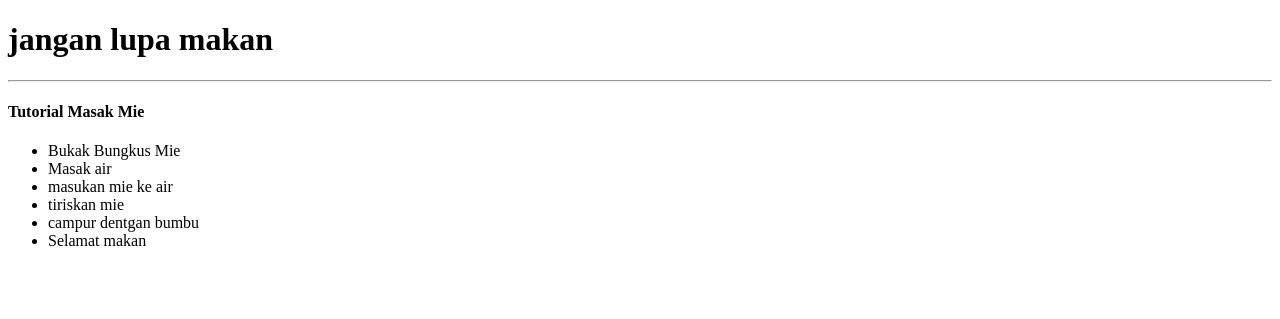
Repository: Nyxelll/ses4pt2pemweb
Page: index.html
An editor plug-in stored every save of this project. The page is shown before and after the next save, followed by the edit.
The browser window is 1280 px wide. The pictures show the whole page.

Above is the page before, as saved 2026-04-06 09:04:16.

### index.html
<!DOCTYPE html>
<html lang="en">
<head>
    <meta charset="UTF-8">
    <meta name="viewport" content="width=device-width, initial-scale=1.0">
    <title>Document</title>
</head>
<body>
    <h1> jangan lupa makan </h1>
<hr>
<h4> Tutorial Masak Mie</h4>
<ul >
    <li> Bukak Bungkus Mie </li>
     <li> Masak air </li>
      <li> masukan mie ke air </li>
       <li> tiriskan mie </li>
        <li> campur dentgan bumbu </li>
         <li> Selamat makan </li>
</ul>

</body>
</html>

After the next save:
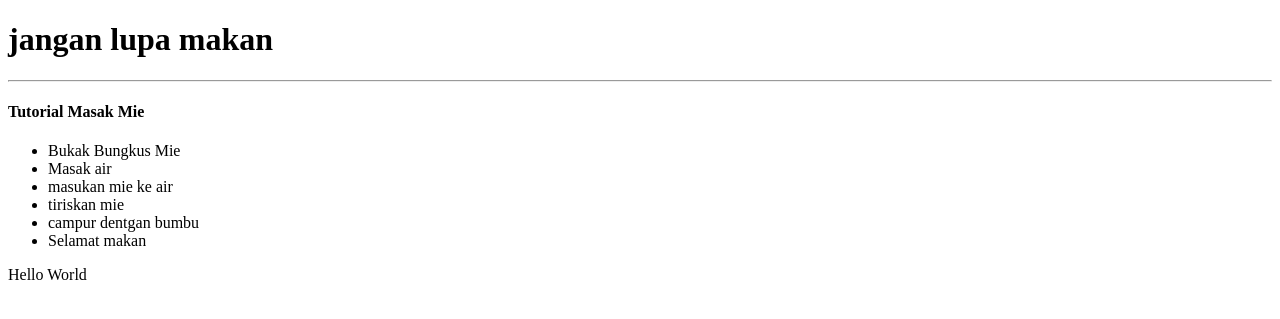
Saved 26 min 35 s later.
--- a/index.html
+++ b/index.html
@@ -17,6 +17,7 @@
         <li> campur dentgan bumbu </li>
          <li> Selamat makan </li>
 </ul>
+<P> Hello World </P>
 
 </body>
 </html>
